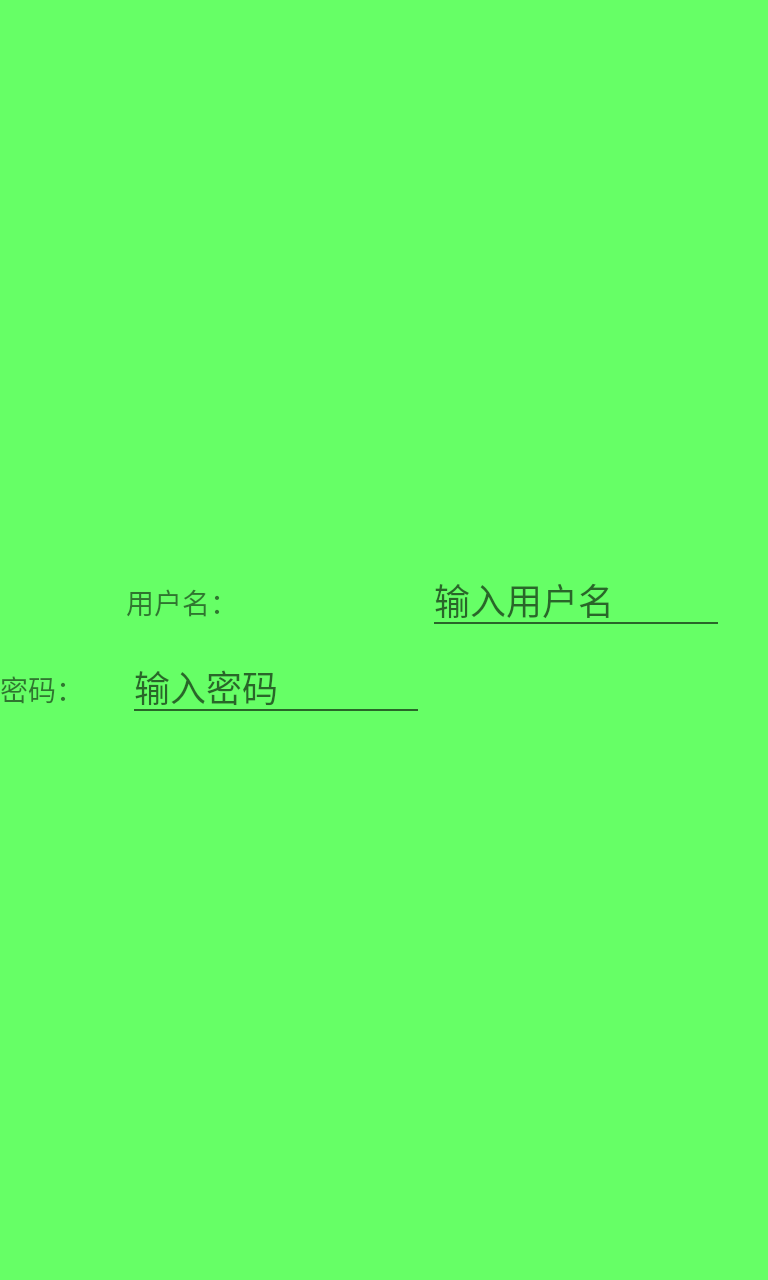
Repository: bingb89/Garbage
Layout: xml/login-demo/res/layout/activity_main.xml
An editor plug-in stored every save of this project. The layout is shown before and after a run of saves, followed by the edit.
It is drawn on a 768 x 1280 px phone screen (xhdpi) without system bars, with theme AppTheme; the app's code is not run.

Above is the layout before, as saved 2015-12-25 02:32:53.

After the next 2 saves:
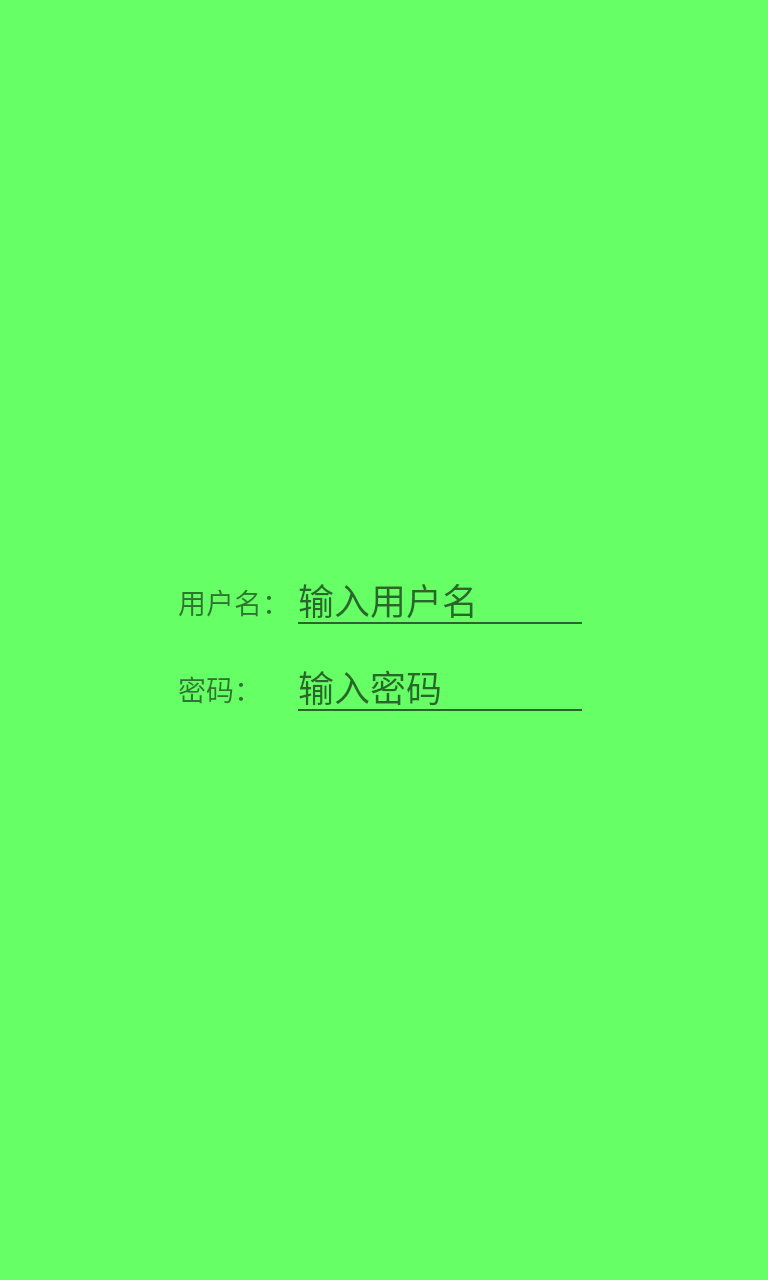
The 2 saves are shown as one change because they came seconds apart.
The last was saved 8 s later.
--- a/xml/login-demo/res/layout/activity_main.xml
+++ b/xml/login-demo/res/layout/activity_main.xml
@@ -26,7 +26,7 @@
     </TableRow>
 
     <TableRow>
-
+		<TextView />
         <TextView
             android:id="@+id/text2"
             android:layout_width="wrap_content"
@@ -39,6 +39,7 @@
             android:layout_height="wrap_content"
             android:minWidth="150dp"
             android:hint="@string/pass_hint" />
+        <TextView />
     </TableRow>
 
 </TableLayout>
